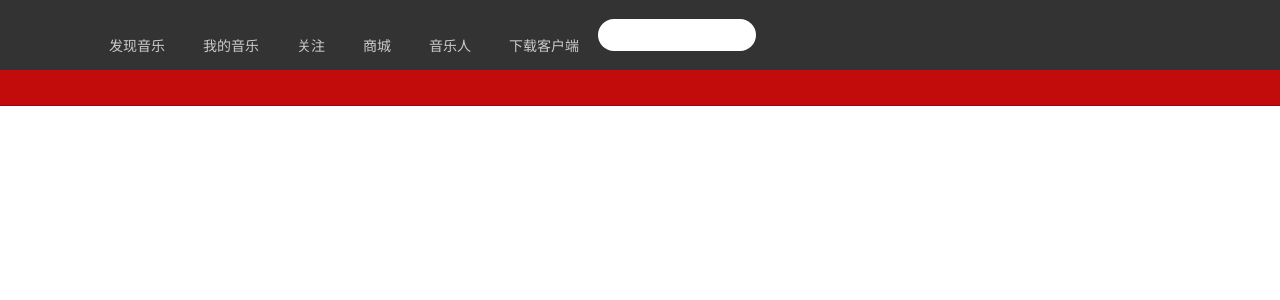
Repository: xtcgjk/-
Page: /
An editor plug-in stored every save of this project. The page is shown before and after the next save, followed by the edit.
The browser window is 1280 px wide. The pictures show the whole page.
The project was rebuilt for these pictures with package versions that can differ from the ones it lists, and the page was loaded fresh each time.

Above is the page before, as saved 2022-02-23 16:23:43.

After the next save:
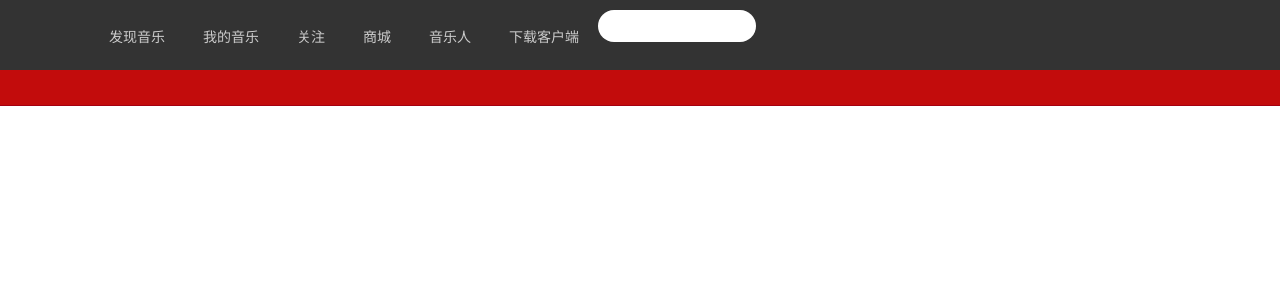
Saved 25 s later.
--- a/src/components/header/index.vue
+++ b/src/components/header/index.vue
@@ -46,6 +46,6 @@ a {
   background-color: #fff;
   border-radius: 32px;
   display: inline-block;
-  margin-top: 19px;
+  margin-top: 10px;
 }
 </style>
